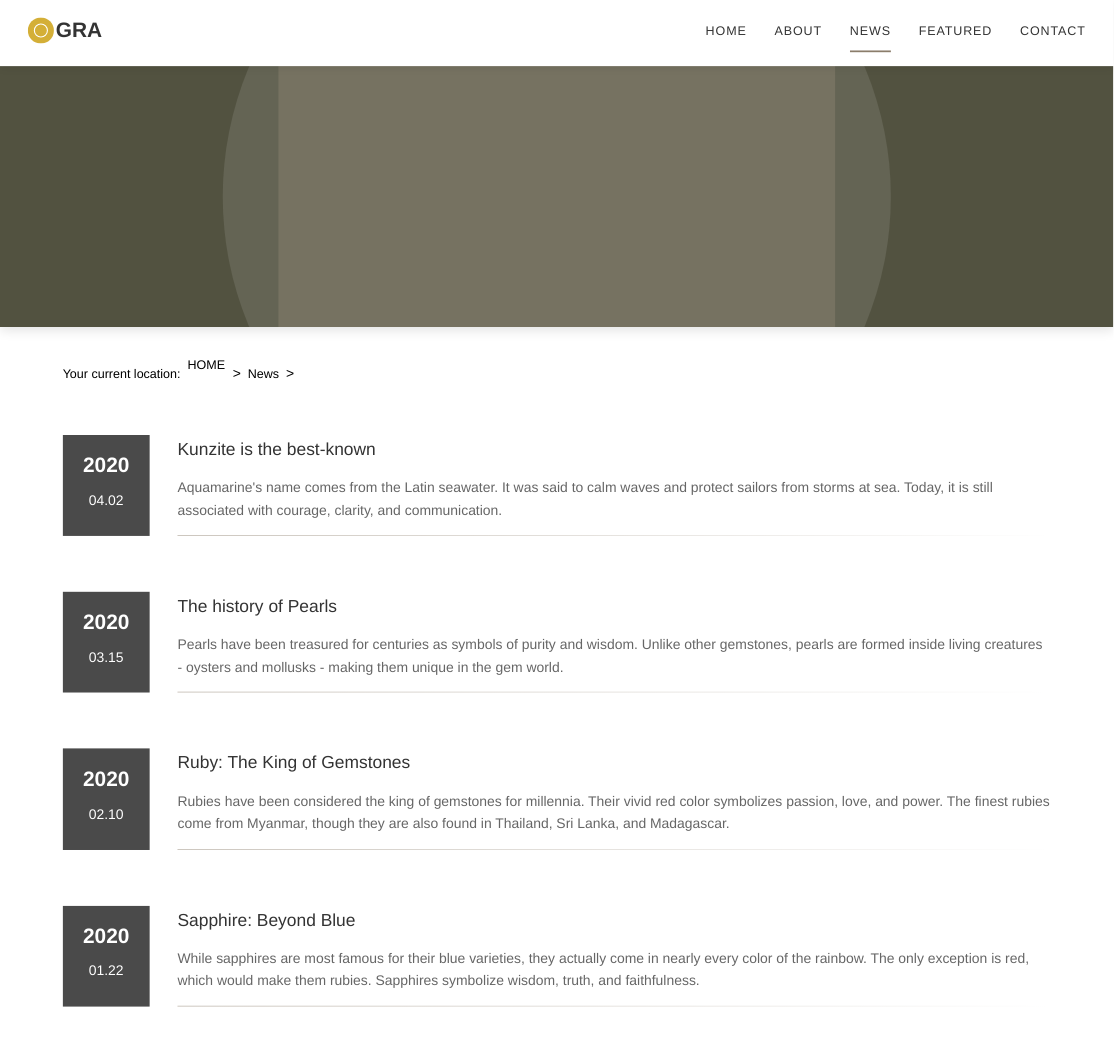
Repository: zhangchugao/jewelry
Page: /news
These files come from the project's save history. The page is drawn as it stood at one moment and after the next save; the edit follows.
The browser window is 1280 px wide. The pictures show the whole page, at 87% of full size.
The project was rebuilt for these pictures with package versions that can differ from the ones it lists, and the page was loaded fresh each time. Also part of the build but not shown: vite.config.ts, src/components/BannerSection.vue, src/components/CertificateSection.vue, src/views/HomeView.vue, src/views/AboutView.vue, src/views/FeaturedView.vue, src/views/ContactView.vue.

Above is the page before, as saved 2025-11-23 16:03:50.

After the next save:
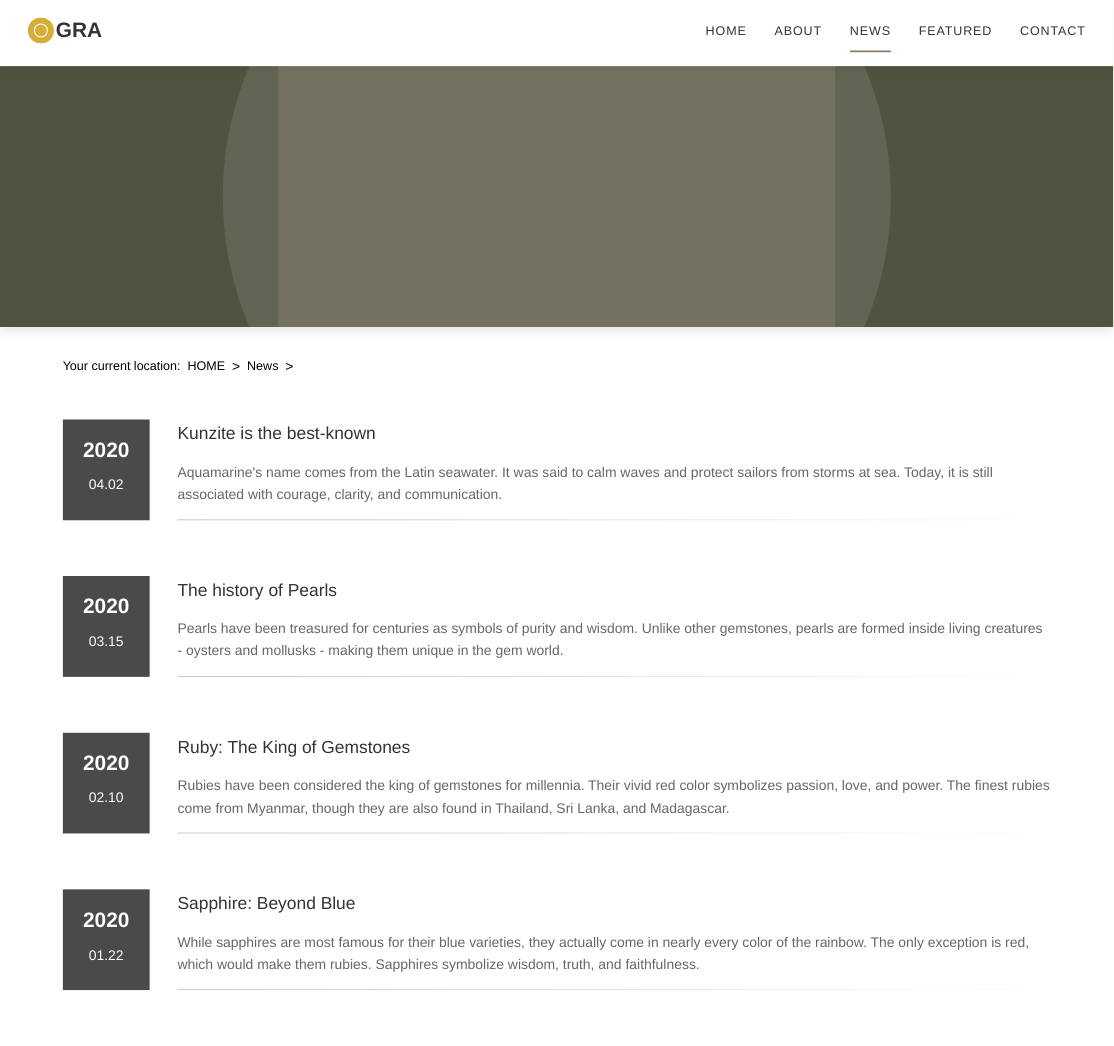
Saved 3 min 36 s later.
--- a/src/views/NewsView.vue
+++ b/src/views/NewsView.vue
@@ -172,6 +172,9 @@ const navigateToNewsDetail = (id: number) => {
   color: #000; /* 修改为黑色 */
   text-decoration: none;
   font-weight: 400;
+  min-height: auto;
+  min-width: auto;
+  display: inline-block;
 }
 
 .breadcrumb-separator {
